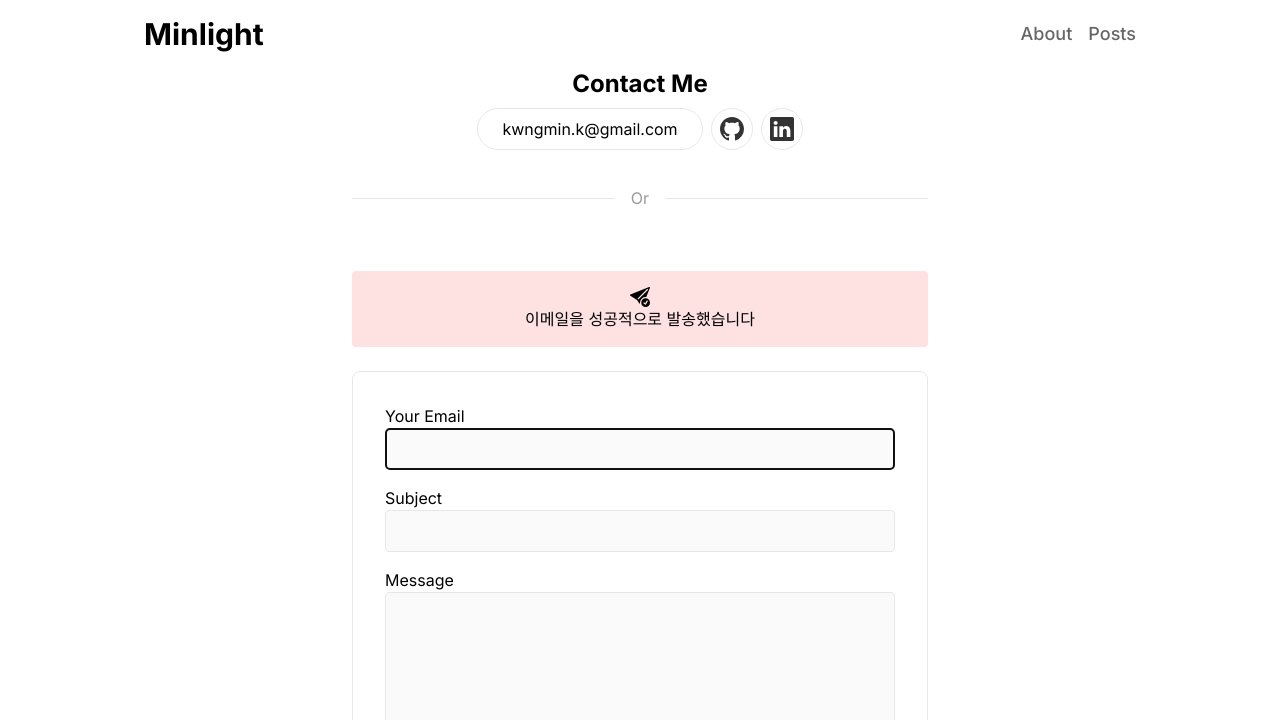
Repository: kwngmin/minlight-blog
Page: /contact
These files come from the project's save history. The page is drawn as it stood at one moment and after the next save; the edit follows.
The browser window is 1280 px wide. The pictures show the whole page.
An inner scrolling area shows only its first screen. The project was rebuilt for these pictures with package versions that can differ from the ones it lists, and the page was loaded fresh each time. The framework's server and built-in components were replaced by stand-ins that run in the browser. Also part of the build but not shown: next.config.js.

Above is the page before, as saved 2023-04-03 17:38:44.

### src/app/layout.tsx
import Footer from "@/components/Footer";
import "./globals.css";
import { Inter } from "next/font/google";
import Header from "@/components/Header";

const inter = Inter({ subsets: ["latin"] });

export const metadata = {
  title: "Create Next App",
  description: "Generated by create next app",
};

export default function RootLayout({
  children,
}: {
  children: React.ReactNode;
}) {
  return (
    <html lang="en" className={inter.className}>
      <body className="flex flex-col">
        <Header />
        <main className="max-w-screen-lg mx-auto w-full grow px-4">
          {children}
        </main>
        <Footer />
      </body>
    </html>
  );
}

### src/app/contact/page.tsx
import ContactForm from "@/components/ContactForm";
import { BsLinkedin, BsGithub } from "react-icons/bs";
export default function ContactPage() {
  const LINKS = [
    { icon: <BsGithub />, url: "https://github.com/kwngmin" },
    {
      icon: <BsLinkedin />,
      url: "https://www.linkedin.com/in/%EA%B4%91%EB%AF%BC-%EA%B9%80-52b83a25a/",
    },
  ];
  return (
    <section className="flex flex-col items-center gap-2 max-w-xl mx-auto">
      <h2 className="text-2xl font-bold">Contact Me</h2>
      <ul className="flex justify-center items-center gap-2">
        <a
          href="mailto:kwngmin.k@gmail.com"
          className="px-6 rounded-full hover:bg-black hover:text-white py-2 border"
        >
          kwngmin.k@gmail.com
        </a>
        {LINKS.map(({ url, icon }, index) => (
          <a
            href={url}
            key={index}
            target="_blank"
            rel="noreferrer"
            className="text-2xl text-black/80 hover:bg-black hover:text-white rounded-full p-2 border"
          >
            {icon}
          </a>
        ))}
      </ul>
      <div className="w-full relative flex justify-center">
        <div className="w-full my-10 border-b"></div>
        <span className="absolute top-7 bg-white px-4 text-black/40">Or</span>
      </div>
      <ContactForm />
    </section>
  );
}

### src/components/Footer.tsx
export default function Footer() {
  return (
    <section className="text-center py-16 text-black/30 border-t mt-12">
      © 2023 Minlight
    </section>
  );
}

### src/app/globals.css
@tailwind base;
@tailwind components;
@tailwind utilities;

* {
  box-sizing: border-box;
  padding: 0;
  margin: 0;
}

html,
body {
  height: 100vh;
  overflow-y: auto;
}

/*
:root {
  --max-width: 1100px;
  --border-radius: 12px;
  --font-mono: ui-monospace, Menlo, Monaco, "Cascadia Mono", "Segoe UI Mono",
    "Roboto Mono", "Oxygen Mono", "Ubuntu Monospace", "Source Code Pro",
    "Fira Mono", "Droid Sans Mono", "Courier New", monospace;

  --foreground-rgb: 0, 0, 0;
  --background-start-rgb: 214, 219, 220;
  --background-end-rgb: 255, 255, 255;

  --primary-glow: conic-gradient(
    from 180deg at 50% 50%,
    #16abff33 0deg,
    #0885ff33 55deg,
    #54d6ff33 120deg,
    #0071ff33 160deg,
    transparent 360deg
  );
  --secondary-glow: radial-gradient(
    rgba(255, 255, 255, 1),
    rgba(255, 255, 255, 0)
  );

  --tile-start-rgb: 239, 245, 249;
  --tile-end-rgb: 228, 232, 233;
  --tile-border: conic-gradient(
    #00000080,
    #00000040,
    #00000030,
    #00000020,
    #00000010,
    #00000010,
    #00000080
  );

  --callout-rgb: 238, 240, 241;
  --callout-border-rgb: 172, 175, 176;
  --card-rgb: 180, 185, 188;
  --card-border-rgb: 131, 134, 135;
}

@media (prefers-color-scheme: dark) {
  :root {
    --foreground-rgb: 255, 255, 255;
    --background-start-rgb: 0, 0, 0;
    --background-end-rgb: 0, 0, 0;

    --primary-glow: radial-gradient(rgba(1, 65, 255, 0.4), rgba(1, 65, 255, 0));
    --secondary-glow: linear-gradient(
      to bottom right,
      rgba(1, 65, 255, 0),
      rgba(1, 65, 255, 0),
      rgba(1, 65, 255, 0.3)
    );

    --tile-start-rgb: 2, 13, 46;
    --tile-end-rgb: 2, 5, 19;
    --tile-border: conic-gradient(
      #ffffff80,
      #ffffff40,
      #ffffff30,
      #ffffff20,
      #ffffff10,
      #ffffff10,
      #ffffff80
    );

    --callout-rgb: 20, 20, 20;
    --callout-border-rgb: 108, 108, 108;
    --card-rgb: 100, 100, 100;
    --card-border-rgb: 200, 200, 200;
  }
}

* {
  box-sizing: border-box;
  padding: 0;
  margin: 0;
}

html,
body {
  max-width: 100vw;
  overflow-x: hidden;
}

body {
  color: rgb(var(--foreground-rgb));
  background: linear-gradient(
      to bottom,
      transparent,
      rgb(var(--background-end-rgb))
    )
    rgb(var(--background-start-rgb));
}

a {
  color: inherit;
  text-decoration: none;
}

@media (prefers-color-scheme: dark) {
  html {
    color-scheme: dark;
  }
} */

### src/components/Header.tsx
import Link from "next/link";

const navData = [
  { name: "About", path: "/about" },
  { name: "Posts", path: "/posts" },
];

export default function Header() {
  return (
    <div className="w-full flex justify-between items-center p-4 mx-auto max-w-screen-lg">
      <Link href="/">
        <h1 className="text-3xl font-bold">Minlight</h1>
      </Link>
      <nav className="flex gap-4 px-4 lg:px-0">
        {navData.map(({ name, path }) => (
          <Link
            href={path}
            key={path}
            className="text-black/60 hover:text-black text-lg font-medium hover:underline decoration-slate-400 hover:decoration-4 underline-offset-8"
          >
            {name}
          </Link>
        ))}
      </nav>
    </div>
  );
}

### src/components/ContactForm.tsx
"use client";
import { ChangeEvent, FormEvent, useState } from "react";
import Banner, { BannerData } from "./banner";
import TextareaAutosize from "react-textarea-autosize";
import { BsSendCheckFill } from "react-icons/bs";

type Form = {
  from: string;
  subject: string;
  message: string;
};
export default function ContactForm() {
  const [form, setForm] = useState<Form>({
    from: "",
    subject: "",
    message: "",
  });
  const [banner, setBanner] = useState<BannerData | null>(null);
  const onChange = (e: ChangeEvent<HTMLInputElement | HTMLTextAreaElement>) => {
    const { name, value } = e.target;
    setForm((prev) => ({ ...prev, [name]: value }));
  };
  const onSubmit = (e: FormEvent<HTMLFormElement>) => {
    e.preventDefault();
    console.log(e.target);
    setBanner({ message: "성공했어", state: "success" });
    // setTimeout(() => {
    //   setBanner(null);
    // }, 5000);
    // setForm({
    //   from: "",
    //   subject: "",
    //   message: "",
    // });
  };
  const INPUT_BOX = "mb-4 resize-none px-3 py-2 border rounded bg-zinc-50";
  return (
    <section className="w-full">
      {/* {banner && <Banner banner={banner} />}
       */}
      <div className="bg-red-100 px-4 py-4 my-6 rounded flex flex-col items-center">
        <BsSendCheckFill className="text-xl" />
        <span>{`이메일을 성공적으로 발송했습니다`}</span>
      </div>
      <form
        onSubmit={onSubmit}
        className="flex flex-col border p-8 w-full rounded-lg"
      >
        <label htmlFor="from">Your Email</label>
        <input
          type="email"
          id="from"
          required
          autoFocus
          name="from"
          value={form.from}
          onChange={onChange}
          className={INPUT_BOX}
        />
        <label htmlFor="subject">Subject</label>
        <input
          type="string"
          id="subject"
          required
          name="subject"
          value={form.subject}
          onChange={onChange}
          className={INPUT_BOX}
        />
        <label htmlFor="message">Message</label>
        <TextareaAutosize
          rows={6}
          minRows={6}
          id="message"
          required
          name="message"
          value={form.message}
          onChange={onChange}
          className={INPUT_BOX}
        />
        <button className="bg-zinc-100 hover:bg-zinc-300 rounded-lg h-12">
          Send Email
        </button>
      </form>
    </section>
  );
}

### tailwind.config.js
/** @type {import('tailwindcss').Config} */
module.exports = {
  content: ["./src/**/*.{js,ts,jsx,tsx}"],
  theme: {
    extend: {},
  },
  plugins: [require("@tailwindcss/typography")],
};

After the next save:
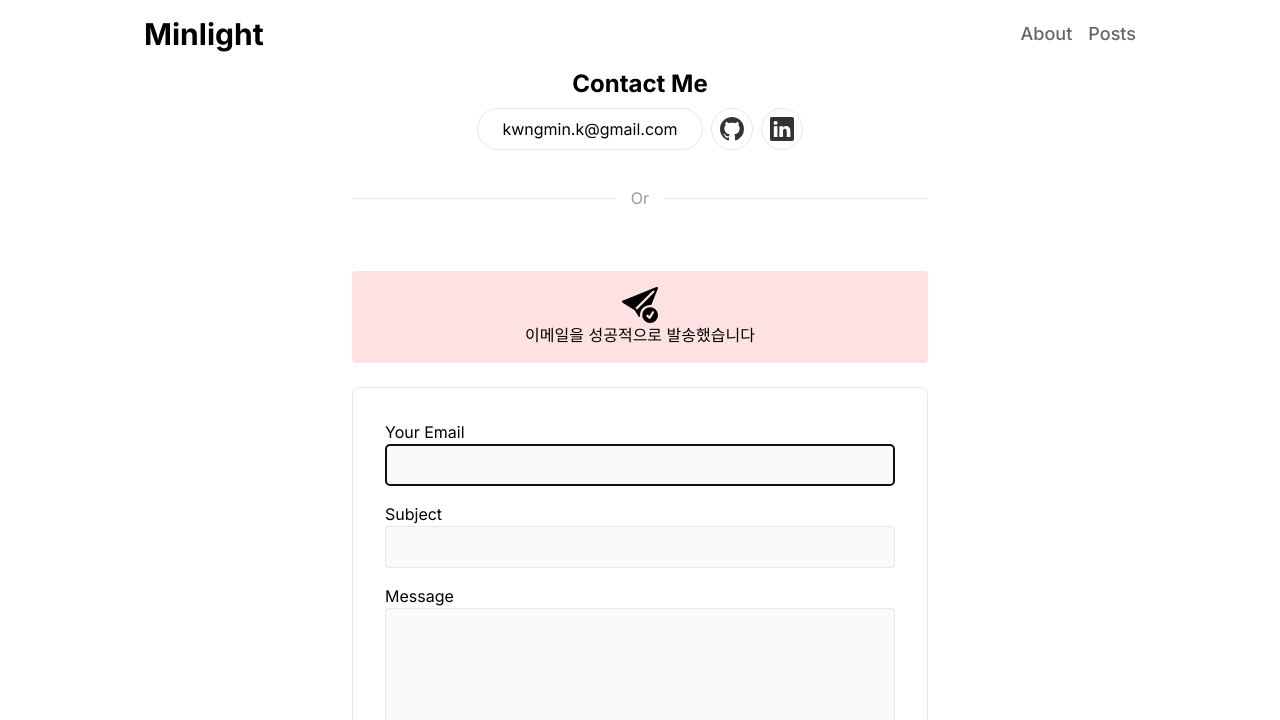
Saved 4 s later.
--- a/src/components/ContactForm.tsx
+++ b/src/components/ContactForm.tsx
@@ -39,7 +39,7 @@ export default function ContactForm() {
       {/* {banner && <Banner banner={banner} />}
        */}
       <div className="bg-red-100 px-4 py-4 my-6 rounded flex flex-col items-center">
-        <BsSendCheckFill className="text-xl" />
+        <BsSendCheckFill className="text-4xl" />
         <span>{`이메일을 성공적으로 발송했습니다`}</span>
       </div>
       <form
